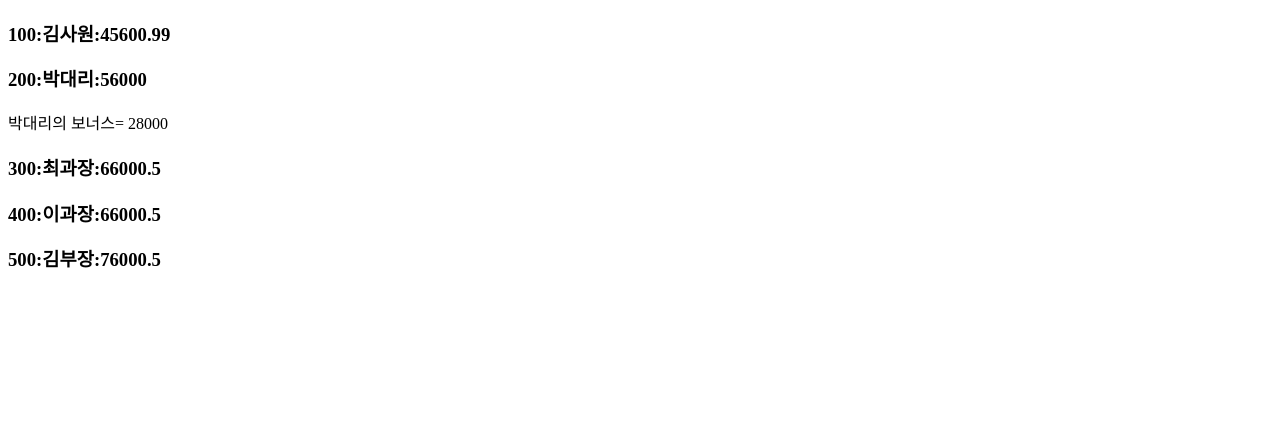
Repository: Pang-Ho/TIL
Page: JavaScript/workspace_web/jstest/WebContent/objecttest.html
An editor plug-in stored every save of this project. The page is shown before and after the next save, followed by the edit.
The browser window is 1280 px wide. The pictures show the whole page.

Above is the page before, as saved 2021-08-24 02:40:56.

After the next save:
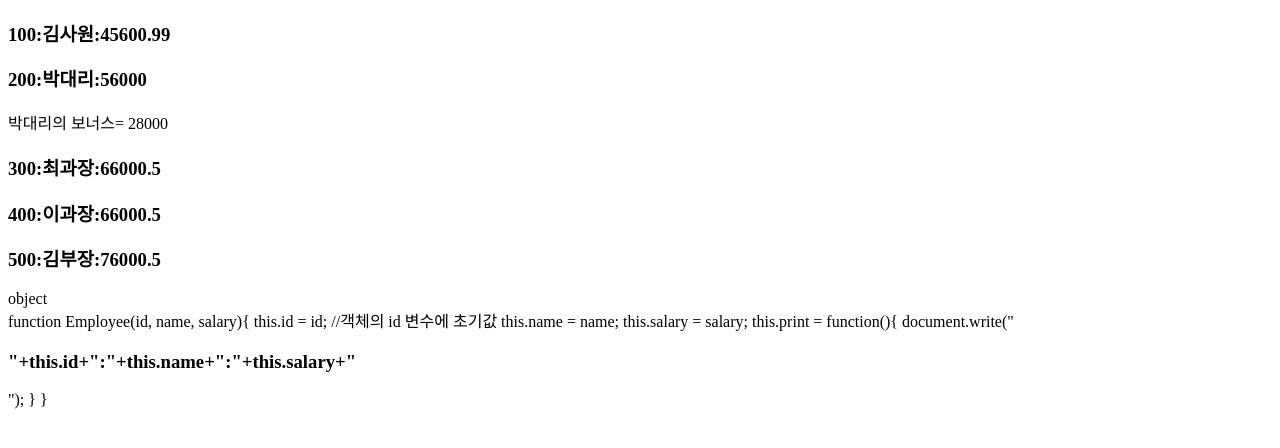
Saved 5 min 31 s later.
--- a/JavaScript/workspace_web/jstest/WebContent/objecttest.html
+++ b/JavaScript/workspace_web/jstest/WebContent/objecttest.html
@@ -53,6 +53,9 @@
 	emp3.print();
 	emp4.print();
 	emp5.print();
+
+	document.write( typeof emp3 + "<br>");
+	document.write( emp3.constructor + "<br>");
 </script>
 </body>
 </html>
